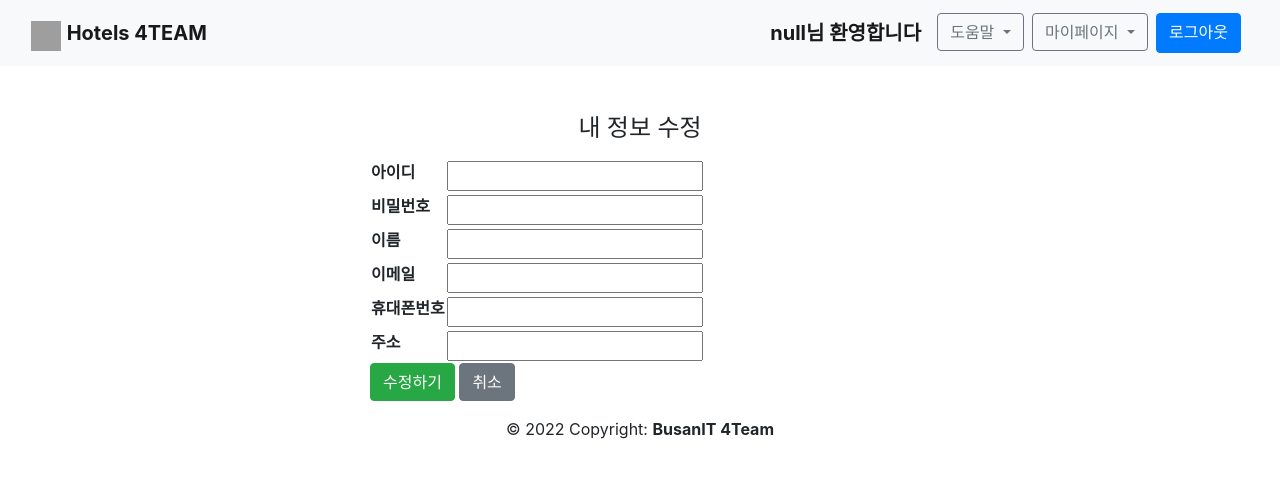
Repository: ShinKioh/Hotel_project
Page: http://localhost/HOTEL/myinfo.jsp
An editor plug-in stored every save of this project. The page is shown before and after the next save, followed by the edit.
The browser window is 1280 px wide. The pictures show the whole page.
Pictures or frames that could not be fetched are drawn as grey boxes. The page is served by Tomcat 9. Other server files are loaded and not shown.

Above is the page before, as saved 2022-02-23 03:40:23.

### HOTEL/WebContent/myinfo.jsp
<%@ page language="java" contentType="text/html; charset=UTF-8"
	pageEncoding="UTF-8"%>
<!DOCTYPE html>
<html>
<head>
<meta charset="UTF-8">
<meta name="viewport"
	content="width=device-width, initial-scale=1, shrink-to-fit=no">
<link rel="stylesheet"
	href="//unpkg.com/bootstrap@4/dist/css/bootstrap.min.css">
<script src='//unpkg.com/jquery@3/dist/jquery.min.js'></script>
<script src='//unpkg.com/popper.js@1/dist/umd/popper.min.js'></script>
<script src='//unpkg.com/bootstrap@4/dist/js/bootstrap.min.js'></script>
<title>내정보 관리</title>
</head>
<body>
	<header>
		<nav class="navbar navbar-expand-lg navbar-light bg-light">
			<div class="container-fluid">
				<a class="navbar-brand" href="home.jsp"> <img
					src="img/premium-icon-letter-h-5540593.png" alt="" width="30"
					height="30" class="d-inline-block align-text-top"> <span
					class="navbar-brand mb-0 h1"><b>Hotels 4TEAM</b></span>
				</a>
				<div class="d-flex justify-content-end">
					<span class="navbar-brand mb-0 h1"> <b><%=session.getAttribute("id")%>님
							환영합니다</b>
					</span>
					<div class="dropdown mr-2">
						<a class="btn btn-outline-secondary dropdown-toggle" href="#"
							role="button" id="dropdownMenuLink" data-toggle="dropdown"
							aria-expanded="false"> 도움말 </a>
						<div class="dropdown-menu" aria-labelledby="dropdownMenuLink">
							<a class="dropdown-item" href="#">공지 사항</a> <a
								class="dropdown-item" href="#">문의 사항</a>
						</div>
					</div>
					<div class="dropdown mr-2">
						<a class="btn btn-outline-secondary dropdown-toggle" href="#"
							role="button" id="dropdownMenuLink" data-toggle="dropdown"
							aria-expanded="false"> 마이페이지 </a>
						<div class="dropdown-menu" aria-labelledby="dropdownMenuLink">
							<a class="dropdown-item" href="register?action=editUser">내정보관리</a> <a
								class="dropdown-item" href="#">예약 현황</a>
						</div>
					</div>
					<a class="btn btn-primary mr-2" href="main.jsp">로그아웃</a>
				</div>
			</div>
		</nav>
	</header>
	<main>
		<div class="container">
			<div class="row mt-5">
				<div class="col-md-6 mx-auto">
					<h4 class="text-center mb-3">내 정보 수정</h4>

					<form action="<%=request.getContextPath()%>/register" method="post">
						<div class="form-group">
							<input type="hidden" name="action" value="updateUser">
						</div>
						<div class="register-form">
						<table>
						<tbody>
						<tr>
							<th><label for="id">아이디</label></th> <td><input type="text" name="id" id="id"
								readonly="readonly" value="${id}"> </td>
						</tr>
						<tr>
							<th><label for="password">비밀번호</label></th> <td><input type="text"
								name="password" id="password" required value="${password}"></td>
						</tr>
						<tr>
							<th><label for="name">이름</label></th> <td><input type="text" name="name"
								id="name" required value="${name}"></td>
						</tr>
						<tr>
							<th><label for="email">이메일</label></th> <td><input type="text" name="email"
								id="email" required value="${email}"></td>
						</tr>
						<tr>
							<th><label for="phone">휴대폰번호</label></th> <td><input type="text" name="phone"
								id="phone" required value="${phone}"></td>
						</tr>
						<tr>
							<th><label for="address">주소</label></th> <td><input type="text" name="address"
								id="address" required value="${address}"></td>
						</tr>
						</tbody>
						</table>
						</div>
						<%--수정하기 버튼 클릭시 페이지 유지, 수정한 정보 띄우기 --%>
						<button type="submit" class="btn btn-success">수정하기</button>
						<%--취소 버튼 클릭시 메인 페이지로 이동 --%>
						<button type="button" class="btn btn-secondary" onClick="location.href='home.jsp'">취소</button>
					</form>
				</div>
			</div>
		</div>
	</main>
	<footer class="footer font-small black">
		<div class="footer-copyright text-center py-3">
			© 2022 Copyright: <b> BusanIT 4Team</b>
		</div>
	</footer>

</body>
</html>

After the next save:
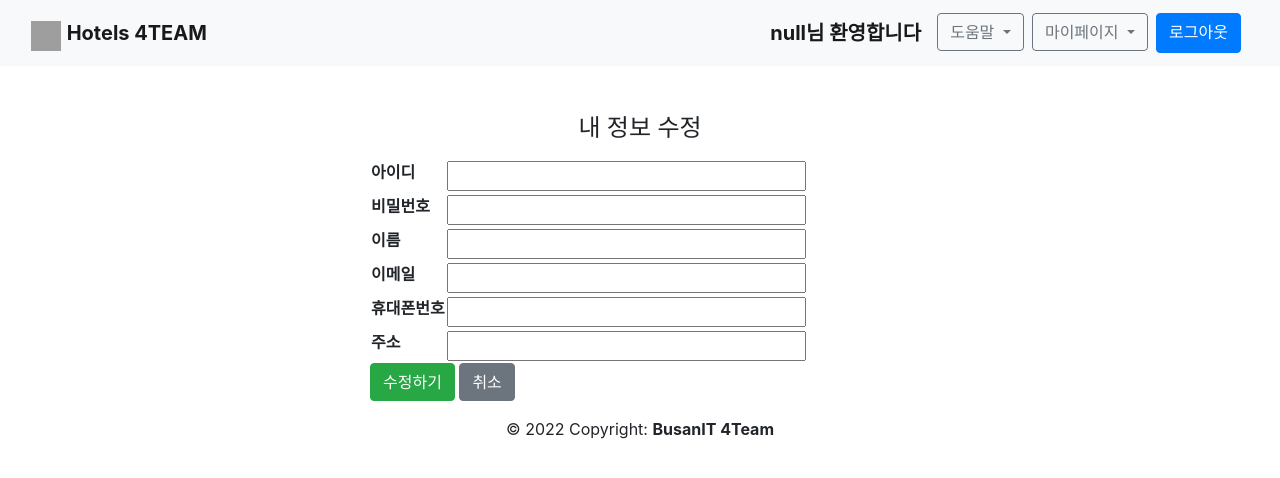
Saved 19 s later.
--- a/HOTEL/WebContent/myinfo.jsp
+++ b/HOTEL/WebContent/myinfo.jsp
@@ -64,27 +64,27 @@
 						<tbody>
 						<tr>
 							<th><label for="id">아이디</label></th> <td><input type="text" name="id" id="id"
-								readonly="readonly" value="${id}"> </td>
+								readonly="readonly" value="${id}" size="30"> </td>
 						</tr>
 						<tr>
 							<th><label for="password">비밀번호</label></th> <td><input type="text"
-								name="password" id="password" required value="${password}"></td>
+								name="password" id="password" required value="${password}" size="30"></td>
 						</tr>
 						<tr>
 							<th><label for="name">이름</label></th> <td><input type="text" name="name"
-								id="name" required value="${name}"></td>
+								id="name" required value="${name}" size="30"></td>
 						</tr>
 						<tr>
 							<th><label for="email">이메일</label></th> <td><input type="text" name="email"
-								id="email" required value="${email}"></td>
+								id="email" required value="${email}" size="30"></td>
 						</tr>
 						<tr>
 							<th><label for="phone">휴대폰번호</label></th> <td><input type="text" name="phone"
-								id="phone" required value="${phone}"></td>
+								id="phone" required value="${phone}" size="30"></td>
 						</tr>
 						<tr>
 							<th><label for="address">주소</label></th> <td><input type="text" name="address"
-								id="address" required value="${address}"></td>
+								id="address" required value="${address}" size="30"></td>
 						</tr>
 						</tbody>
 						</table>
